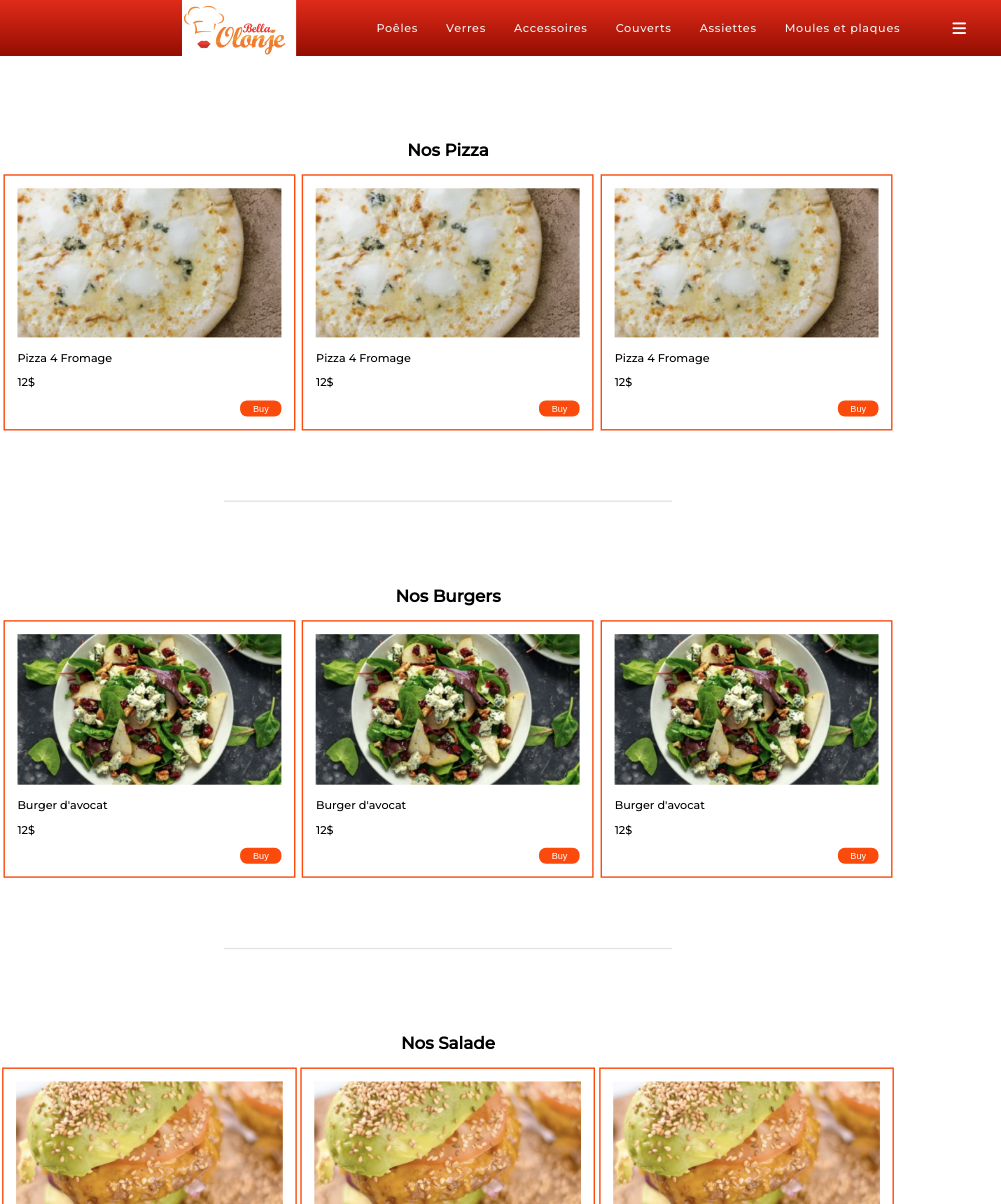
Repository: Ahlam-belhadj/bella-olange
Page: index.html
These files come from the project's save history. The page is drawn as it stood at one moment and after a run of saves; the edit follows.
The browser window is 1280 px wide. The page is 1430 px wide, so the pictures cover 1430 px, including what lies to the right of the window. The pictures show the part of the page from y = 0 to 1720 px (the page is 2870 px tall), at 70% of full size.

Above is the page before, as saved 2023-02-12 00:14:18.

### index.html
<!DOCTYPE html>
<html lang="en">

<head>
    <meta charset="UTF-8">
    <meta http-equiv="X-UA-Compatible" content="IE=edge">
    <meta name="viewport" content="width=device-width, initial-scale=1.0">
    <script src="https://code.iconify.design/iconify-icon/1.0.3/iconify-icon.min.js"></script>
    <link rel="stylesheet" href="https://cdnjs.cloudflare.com/ajax/libs/font-awesome/6.2.1/css/all.min.css" />
    <link rel="stylesheet" href="style.css">
    <title>Bella olanje</title>
</head>

<body>
        <nav>
            <div class="logo"><img  class="logo" src="image/logo_bella_olonje.png" alt="logo"></div>
            <ul>
                <li><a href="#" class="nav-link">Poêles</a></li>
                <li><a href="#" class="nav-link">Verres</a></li>
                <li><a href="#" class="nav-link">Accessoires</a></li>
                <li><a href="#" class="nav-link">Couverts</a></li>
                <li><a href="#" class="nav-link">Assiettes</a></li>
                <li><a href="#" class="nav-link">Moules et plaques</a></li>
            </ul>
            <div class="icon_navbar">
                <label for="click" class="menu-btn">
                  <i class="fas fa-bars"></i>
                </label>
            </div>
          </nav>
    <main>
        <h2 id="pizza" >Nos Pizza</h2>
        <div class="container-card">
            <div class="border">
                <div class="card-img">
                    <img src="image/fromage.png" alt="">
                </div>
                <div class="card-text">
                    <p>
                        Pizza 4 Fromage
                    </p>
                </div>
                <div class="prix">
                    <p>
                        12$
                    </p>
                </div>
                <div class="button1">
                    <a href="index2.html"><button class="button" type="button">Buy</button></a>
                </div>
            </div>
            <div class="border">
                <div class="card-img">
                    <img src="image/fromage.png" alt="">
                </div>
                <div class="card-text">
                    <p>
                        Pizza 4 Fromage
                    </p>
                </div>
                <div class="prix">
                    <p>
                        12$
                    </p>
                </div>
                <div class="button1">
                    <a href="index2.html"><button class="button" type="button">Buy</button></a>
                </div>
            </div>
            <div class="border">
                <div class="card-img">
                    <img src="image/fromage.png" alt="">
                </div>
                <div class="card-text">
                    <p>
                        Pizza 4 Fromage
                    </p>
                </div>
                <div class="prix">
                    <p>
                        12$
                    </p>
                </div>
                <div class="button1">
                    <a href="index2.html"><button class="button" type="button">Buy</button></a>
                </div>
            </div>
        </div>
        <hr id="burgers">
        <h2>Nos Burgers</h2>
        <div class="container-card">
            <div class="border">
                <div class="card-img">
                    <img src="image/salade.png" alt="">
                </div>
                <div class="card-text">
                    <p>
                        Burger d'avocat
                    </p>
                </div>
                <div class="prix">
                    <p>
                        12$
                    </p>
                </div>
                <div class="button1">
                    <a href="index2.html"><button class="button" type="button">Buy</button></a>
                </div>
            </div>
            <div class="border">
                <div class="card-img">
                    <img src="image/salade.png" alt="">
                </div>
                <div class="card-text">
                    <p>
                        Burger d'avocat
                    </p>
                </div>
                <div class="prix">
                    <p>
                        12$
                    </p>
                </div>
                <div class="button1">
                    <a href="index2.html"><button class="button" type="button">Buy</button></a>
                </div>
            </div>
            <div class="border">
                <div class="card-img">
                    <img src="image/salade.png" alt="">
                </div>
                <div class="card-text">
                    <p>
                        Burger d'avocat
                    </p>
                </div>
                <div class="prix">
                    <p>
                        12$
                    </p>
                </div>
                <div class="button1">
                    <a href="index2.html"><button class="button" type="button">Buy</button></a>
                </div>
            </div>
        </div>
        <hr id="salade">
        <h2>Nos Salade</h2>
        <div class="container-card">
            <div class="border">
                <div class="card-img">
                    <img src="image/burger.png" alt="">
                </div>
                <div class="card-text">
                    <p>
                        Burger d'avocat
                    </p>
                </div>
                <div class="prix">
                    <p>
                        12$
                    </p>
                </div>
                <div class="button1">
                    <a href="index2.html"><button class="button" type="button">Buy</button></a>
                </div>
            </div>
            <div class="border">
                <div class="card-img">
                    <img src="image/burger.png" alt="">
                </div>
                <div class="card-text">
                    <p>
                        Burger d'avocat
                    </p>
                </div>
                <div class="prix">
                    <p>
                        12$
                    </p>
                </div>
                <div class="button1">
                    <a href="index2.html"><button class="button" type="button">Buy</button></a>
                </div>
            </div>
            <div class="border">
                <div class="card-img">
                    <img src="image/burger.png" alt="">
                </div>
                <div class="card-text">
                    <p>
                        Burger d'avocat
                    </p>
                </div>
                <div class="prix">
                    <p>
                        12$
                    </p>
                </div>
                <div class="button1">
                    <a href="index2.html"><button class="button" type="button">Buy</button></a>
                </div>
            </div>
        </div>


        <strong>
            Problem solved
        </strong>


        <p class="texte3">After so many iterations and research covered, through my designs i was able to help <br> customers get
            acquainted
            with the app and order as fast as they can while enjoying the <br>
            process as they doing it.</p>



        <div class="title1">
            <div class="texte">
                <h2>Bonne appétit</h2>
            </div>
        </div>

        <footer class="footer">
            <img class="footer_logo" src="image/logo_bella_olonje.png" alt="logo">
            <div class="social">
                <img src="image/ant-design_twitter-outlined.png" alt="panier">
                <img src="image/ant-design_facebook-filled.png" alt="facebook">
                <img src="image/instagram.png" alt="insta">
            </div>
            <p class="copy">Copyright 2020 BienManger.com</p>
        </footer>
    </main>

</body>

</html>

### style.css
@import url('https://fonts.googleapis.com/css2?family=Montserrat:wght@100;200;500&display=swap');

body {
    font-family: Montserrat, sans-serif;
    margin: auto;
}


.logo {
    height: 80px;
    padding-left: 80px;
}

nav {
    display: flex;
    height: 80px;
    width: 100%;
    background: linear-gradient(#E02B1A, #930D00);
    align-items: center;
    justify-content: space-between;
    padding: 0 50px 0 100px;
    flex-wrap: wrap;
  }

  nav .logo {
    color: #fff;
    font-size: 20px;
    text-transform: uppercase;
    text-decoration: none;
  }

  nav a {
    color: #fff;
    text-decoration: none;
  }

  nav ul {
    display: flex;
    flex-wrap: wrap;
    list-style: none;

  }

  nav ul li {
    margin: 0 5px;
  }

  nav ul li a {
    color: #f2f2f2;
    text-decoration: none;
    font-size: 16px;
    font-weight: 500;
    padding: 8px 15px;
    border-radius: 5px;
    letter-spacing: 1px;
    transition: all 0.3s ease;
  }

  nav .icon_navbar {
    display: flex;
  }



  nav .menu-btn i {
    color: #fff;
    font-size: 22px;
    cursor: pointer;

  }

  input[type="checkbox"] {
    display: none;
  }

  @media (max-width: 1000px) {
    nav {
      padding: 0 40px 0 50px;
    }

    nav .logo {
      color: #fff;
      font-size: 16px;
      text-transform: uppercase;
    }
  }

  @media (max-width: 1250px) {
    nav .menu-btn i {
      display: block;
    }

    #click:checked~.menu-btn i:before {
      content: "\f00d";
    }

    nav ul {
      position: fixed;
      top: 80px;
      right: -100%;
      background: #C81100;
      height: 100vh;
      width: 60%;
      text-align: center;
      display: block;
      transition: all 0.3s ease;
    }

    #click:checked~ul {
      right: 0;
    }

    nav ul li {
      width: 100%;
      margin: 40px 0;
    }

    nav ul li a {
      width: 100%;
      display: block;
      font-size: 20px;
      transition: 0.6s cubic-bezier(0.68, -0.55, 0.265, 1.55);
    }

    #click:checked~ul li a {
      margin-left: 0px;
    }

    nav ul li a.active,
    nav ul li a:hover {
      background: none;
      color: #1E1E1E;
    }
  }

.title {
  background-image: url(image/Rectangle\ 48.png);
  height: 619px;
  background-repeat: no-repeat;
  background-position: center;
  background-size: cover;



}

.texte{
    color: white;
    display: flex;
    align-items: center;
    justify-content: center;
    flex-direction: column;
    text-align: center;
    height: 50%;
}

h2{
    text-align:center;
    padding-top: 100px;
}

.container-card{
    display: flex;
    flex-direction: row;
    justify-content: space-around;
    align-items: center;
    margin-bottom: 100px;

}

.border{
    border: 2px solid #fa4a0c;
    padding: 18px;

}


.button {
    border: 0;
    line-height: 1.8;
    padding: 0 18px;
    font-size: 13px;
    text-align: center;
    color: #fff;
    border-radius: 10px;
    background-color:#FA4A0C;

}


.button1{
    display: flex;
    justify-content: end;

}

.imgf{
    height: 619px;
}

.title1 {
    background-image: url(image/Rectangle\ 47.png);
    height: 516px;
    background-repeat: no-repeat;
    background-position: center;
    background-size: cover;



}

p.texte3 {

    margin-bottom: 100px;
    padding-left: 40px;
}

.footer {
    padding: 0 115px 54px 115px;
    display: flex;
    flex-direction: row;
    justify-content: space-between;
}

.footer_logo {
    padding-top: 17px;
    height: 90px;
}

.social {
    padding-top: 66px;
}

.copy {
    padding-top: 74px;
    font-family: Montserrat;
    font-style: normal;
    font-weight: 700;
    font-size: 12px;
    line-height: 18px;
    letter-spacing: 0.2px;
}


hr {
    width: 50%;
    height: 2px;
    background-color:#E4E4E4;
    border: none;
}

strong {
    padding-left: 40px;

}



@media (max-width:801px) {

    .container-card{
        flex-direction: column;
    }

    .border {
        margin: 20px;
    }


    .footer{
        padding: 0;
    }

    .social {
        padding: 0;
    }

    .nav-menu {
        width: 105%;
    }

}

After the next 2 saves:
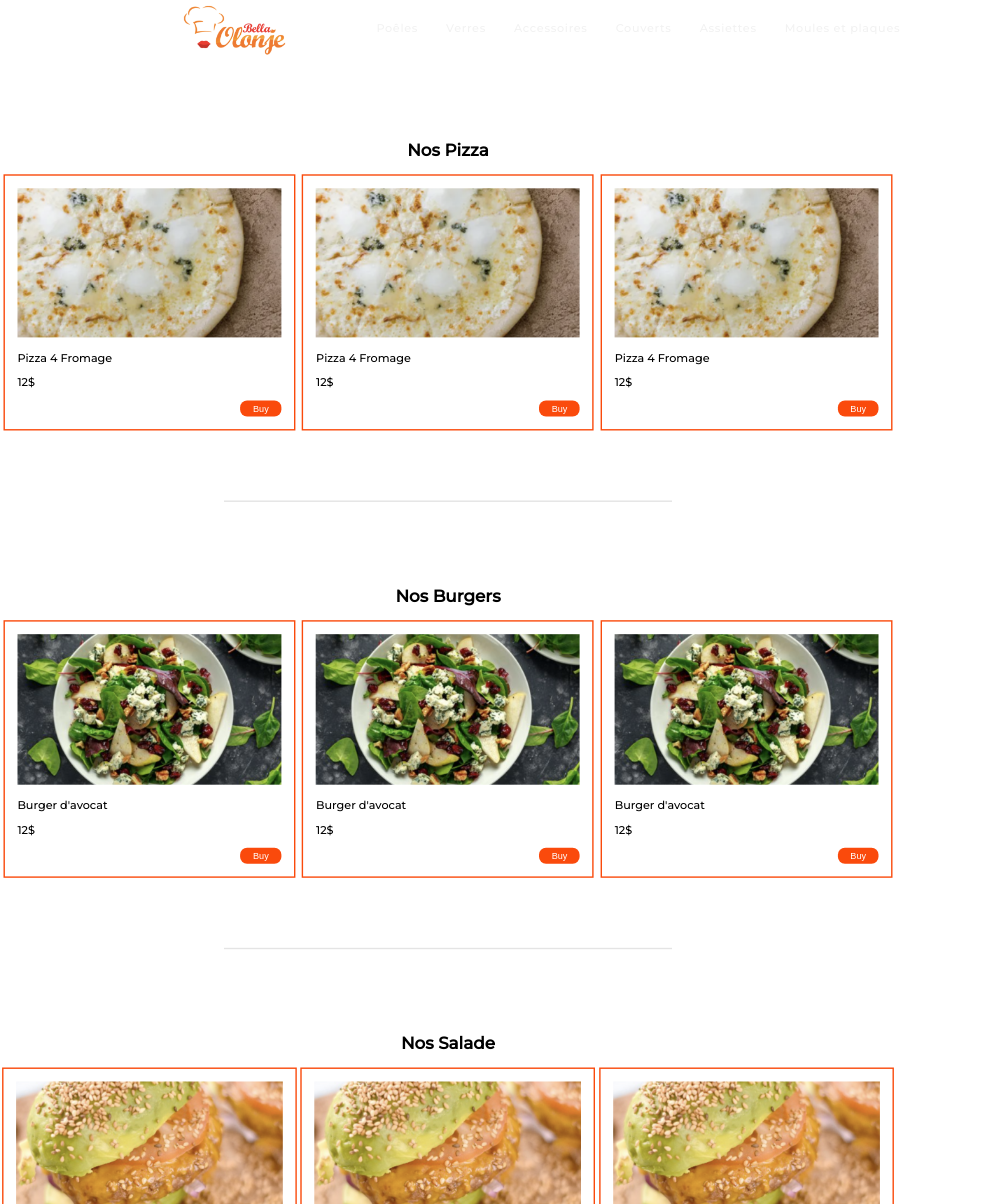
The 2 saves are shown as one change because they came seconds apart.
The last was saved 20 s later.
--- a/style.css
+++ b/style.css
@@ -15,7 +15,7 @@ nav {
     display: flex;
     height: 80px;
     width: 100%;
-    background: linear-gradient(#E02B1A, #930D00);
+    background: white;
     align-items: center;
     justify-content: space-between;
     padding: 0 50px 0 100px;
